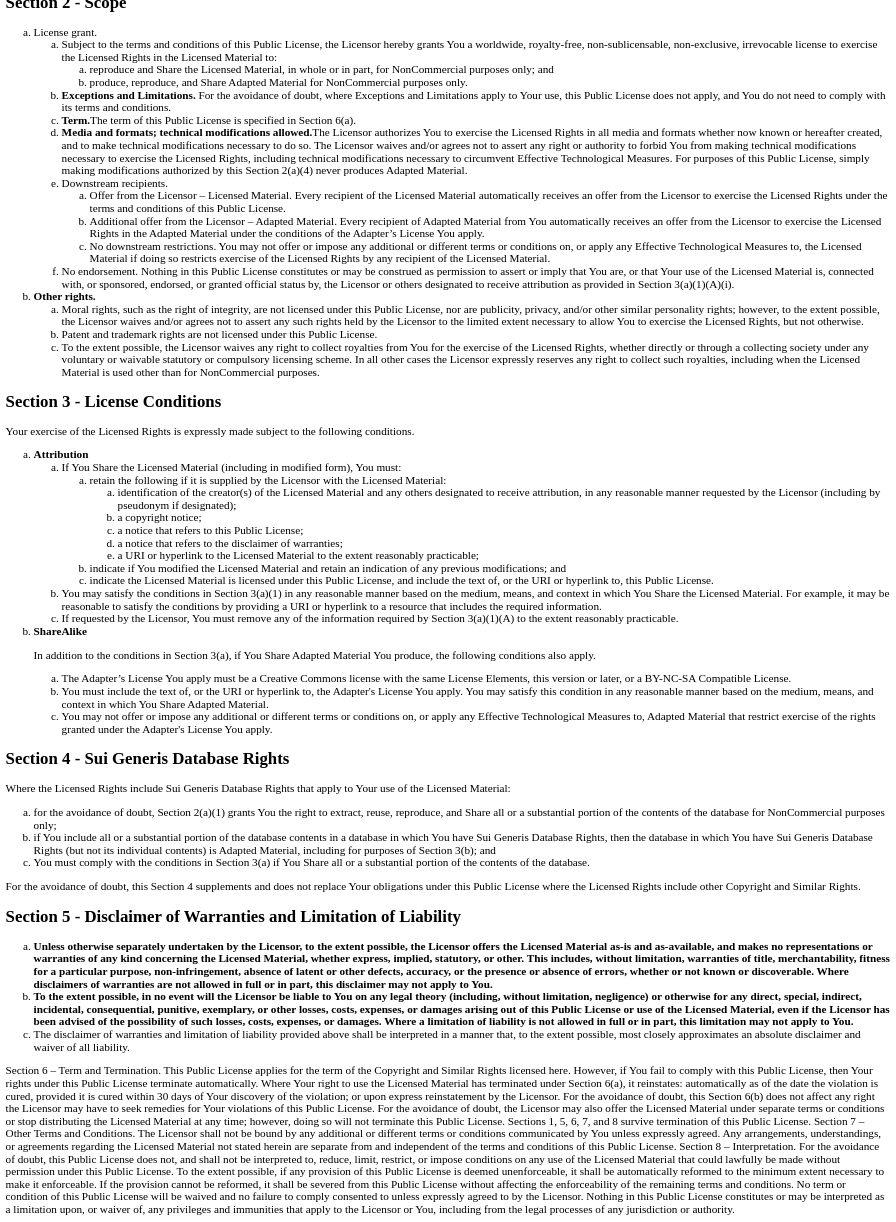
Repository: Team-Ikigami/Ascendance
Page: LICENSE-CC BY-NC-SA.html
The author's editor kept a copy of each file at every save. The page is drawn from the files as they stood at one save, then again after the next save.
The browser window is 1280 px wide. The pictures show the part of the page from y = 754 to 2674 px (the page is 2499 px tall before and 2674 px after), at 70% of full size.

Above is the page before, as saved 2021-12-12 02:01:57.

After the next save:
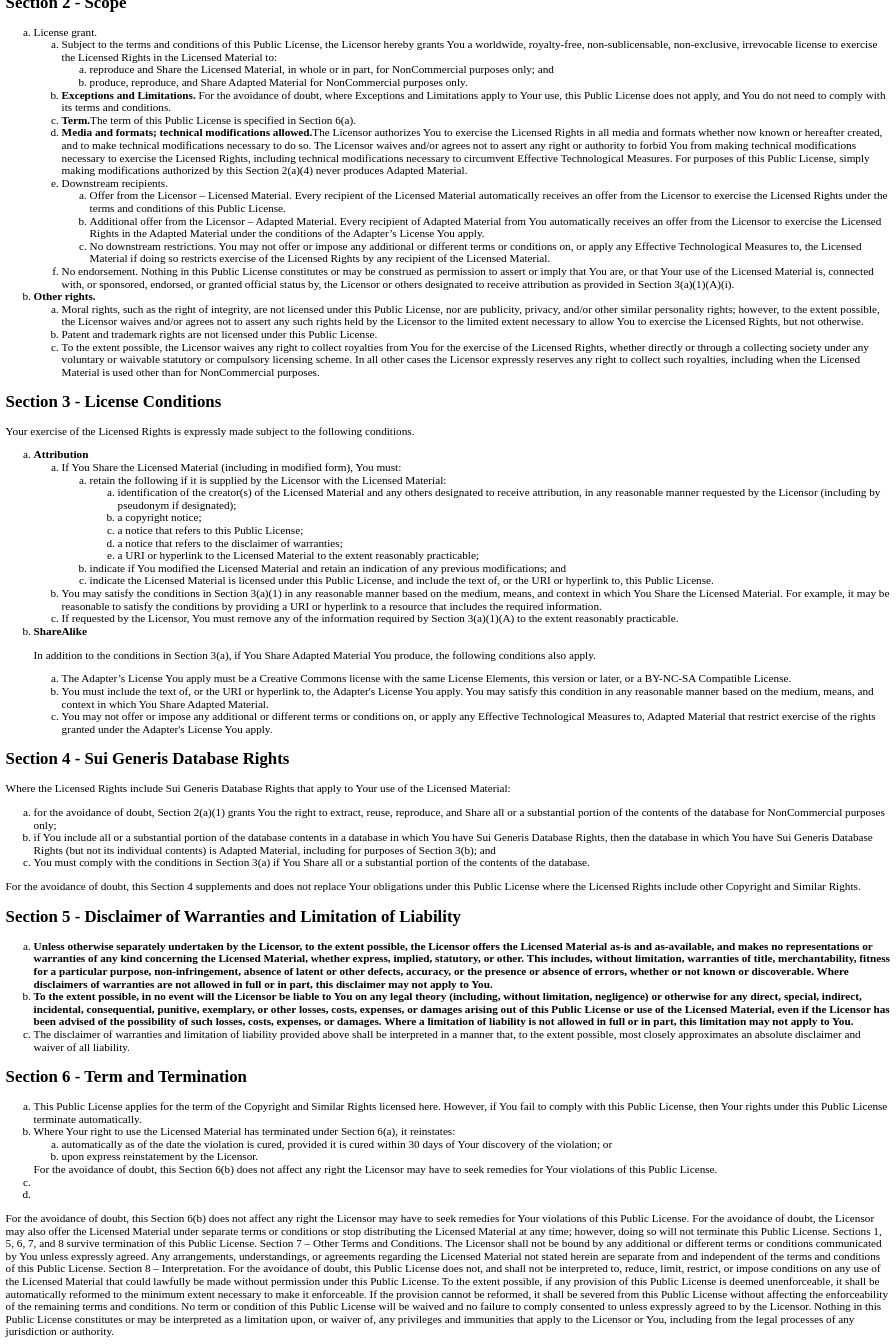
Saved 4 min 23 s later.
--- a/LICENSE-CC BY-NC-SA.html
+++ b/LICENSE-CC BY-NC-SA.html
@@ -110,16 +110,22 @@
 		<li><b>To the extent possible, in no event will the Licensor be liable to You on any legal theory (including, without limitation, negligence) or otherwise for any direct, special, indirect, incidental, consequential, punitive, exemplary, or other losses, costs, expenses, or damages arising out of this Public License or use of the Licensed Material, even if the Licensor has been advised of the possibility of such losses, costs, expenses, or damages. Where a limitation of liability is not allowed in full or in part, this limitation may not apply to You.</b></li>
 		<li>The disclaimer of warranties and limitation of liability provided above shall be interpreted in a manner that, to the extent possible, most closely approximates an absolute disclaimer and waiver of all liability.</li>
 	</ol>
+	<h2>Section 6 - Term and Termination</h2>
+	<ol>
+		<li>This Public License applies for the term of the Copyright and Similar Rights licensed here. However, if You fail to comply with this Public License, then Your rights under this Public License terminate automatically.</li>
+		<li>Where Your right to use the Licensed Material has terminated under Section 6(a), it reinstates:
+			<ol>
+				<li>automatically as of the date the violation is cured, provided it is cured within 30 days of Your discovery of the violation; or</li>
+				<li>upon express reinstatement by the Licensor.</li>
+			</ol>
+			For the avoidance of doubt, this Section 6(b) does not affect any right the Licensor may have to seek remedies for Your violations of this Public License.
+		</li>
+		<li></li>
+		<li></li>
+	</ol>
 </body>
 </html>
 
-Section 6 – Term and Termination.
-
-This Public License applies for the term of the Copyright and Similar Rights licensed here. However, if You fail to comply with this Public License, then Your rights under this Public License terminate automatically.
-Where Your right to use the Licensed Material has terminated under Section 6(a), it reinstates:
-
-automatically as of the date the violation is cured, provided it is cured within 30 days of Your discovery of the violation; or
-upon express reinstatement by the Licensor.
 For the avoidance of doubt, this Section 6(b) does not affect any right the Licensor may have to seek remedies for Your violations of this Public License.
 For the avoidance of doubt, the Licensor may also offer the Licensed Material under separate terms or conditions or stop distributing the Licensed Material at any time; however, doing so will not terminate this Public License.
 Sections 1, 5, 6, 7, and 8 survive termination of this Public License.
